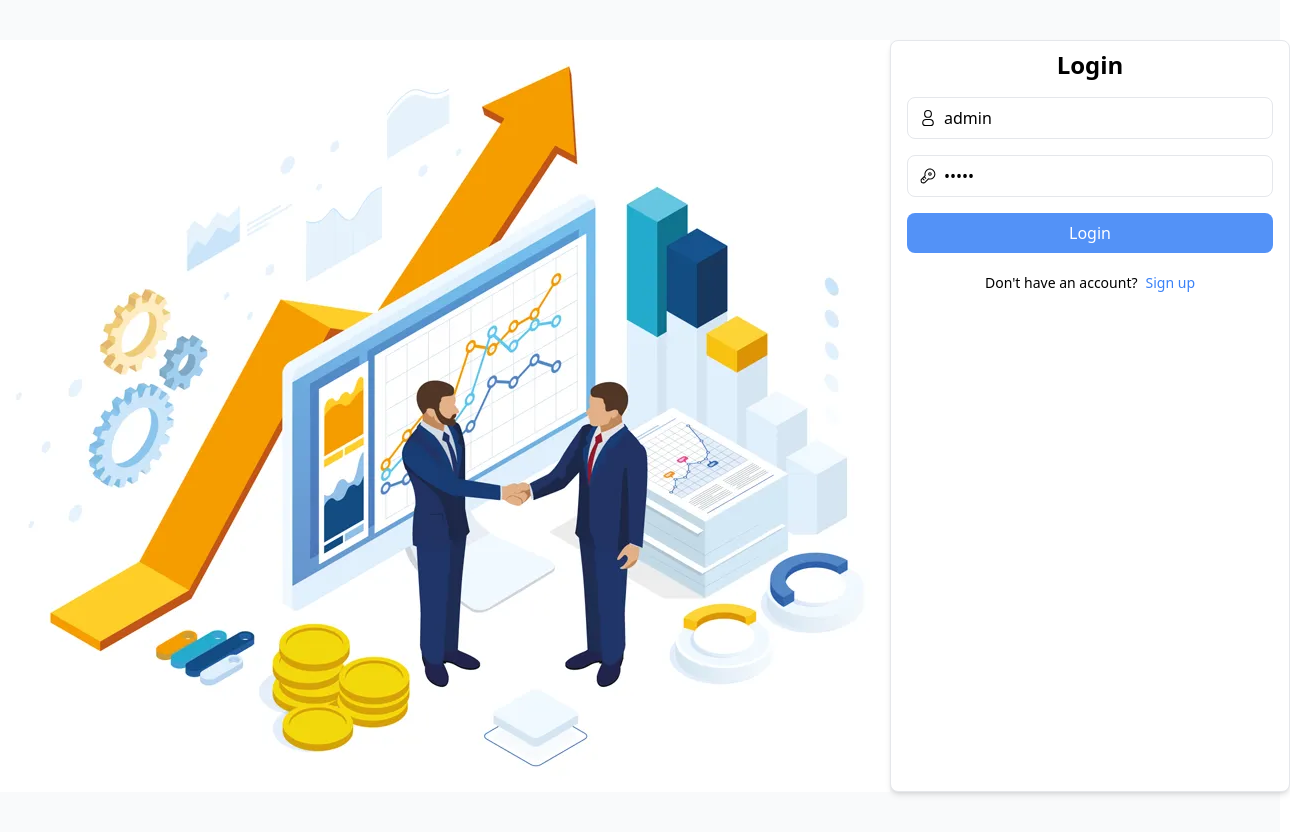
Repository: Fortivera/yourestate
Page: /
These files come from the project's save history. The page is drawn as it stood at one moment and after the next save; the edit follows.
The browser window is 1280 px wide. The page is 1290 px wide, then 1280 px, then 1290 px, so the pictures cover 1290 px, including what lies to the right of the window. The pictures show the whole page.
The project was rebuilt for these pictures with package versions that can differ from the ones it lists, and the page was loaded fresh each time. The framework's server and built-in components were replaced by stand-ins that run in the browser. Also part of the build but not shown: next.config.js.

Above is the page before, as saved 2023-11-02 14:32:07.

After the next save:
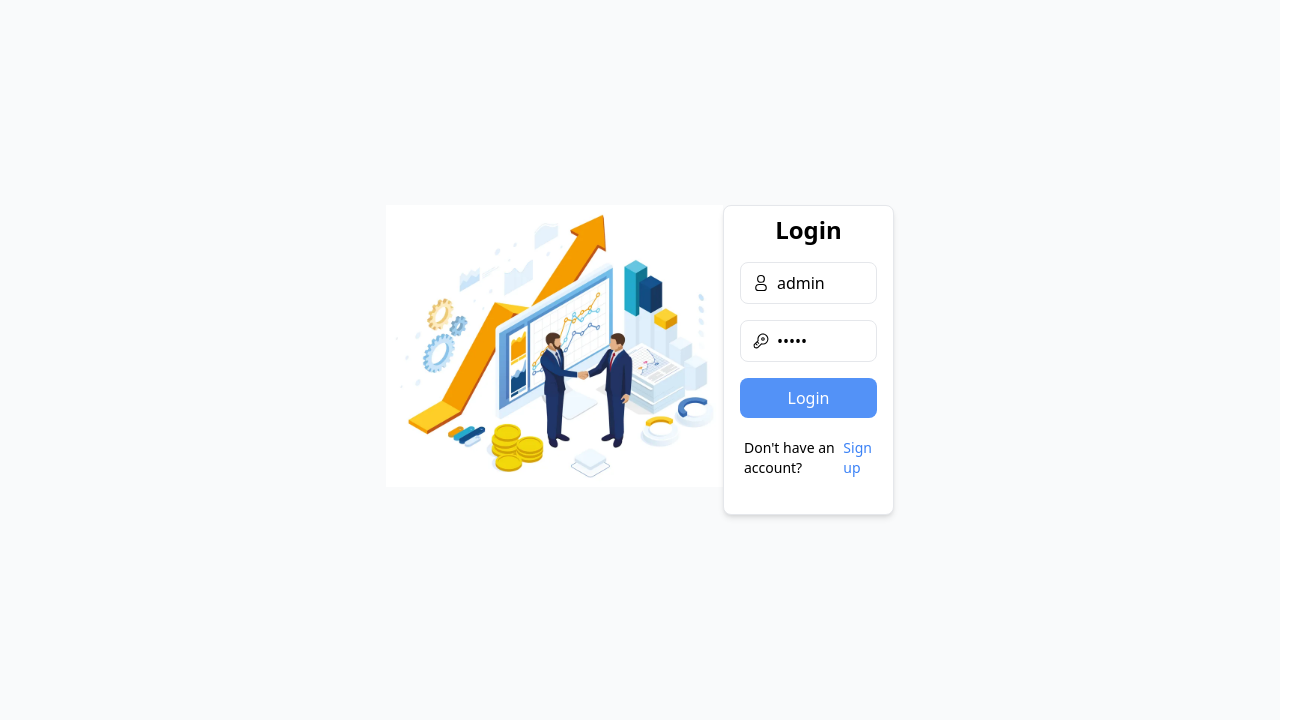
Saved 25 s later.
--- a/src/app/page.tsx
+++ b/src/app/page.tsx
@@ -8,7 +8,7 @@
     <div className="min-h-screen bg-gray-50 flex items-center justify-center">
       <div className="flex justify-center items-center w-full px-4 py-10 tablet:w-[540px] ">
         <div className="flex laptop:flex-row tablet:flex-col mobile:flex-col">
-          <figure className=" w-[900px]  ">
+          <figure className="max-w-[900px]  ">
             <Image src="/static/growth.jpg" alt="login page picture" layout="responsive" width={500} height={700} className={""} />
           </figure>
           <div className="w-[400px] px-4 pb-8 pt-2 bg-white border rounded-lg shadow-md">

After the save that followed:
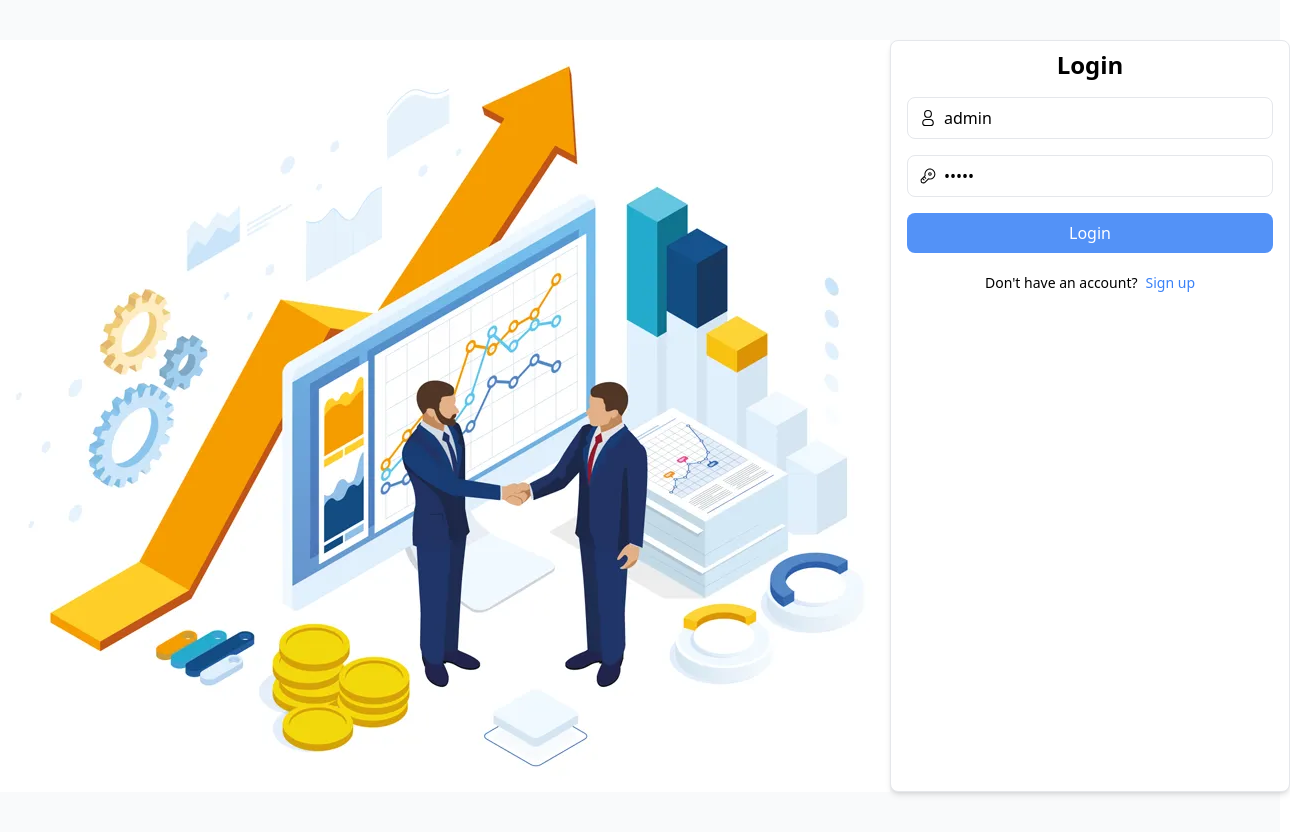
Saved 3 min 29 s later.
--- a/src/app/page.tsx
+++ b/src/app/page.tsx
@@ -8,7 +8,7 @@
     <div className="min-h-screen bg-gray-50 flex items-center justify-center">
       <div className="flex justify-center items-center w-full px-4 py-10 tablet:w-[540px] ">
         <div className="flex laptop:flex-row tablet:flex-col mobile:flex-col">
-          <figure className="max-w-[900px]  ">
+          <figure className="w-[900px]  ">
             <Image src="/static/growth.jpg" alt="login page picture" layout="responsive" width={500} height={700} className={""} />
           </figure>
           <div className="w-[400px] px-4 pb-8 pt-2 bg-white border rounded-lg shadow-md">
